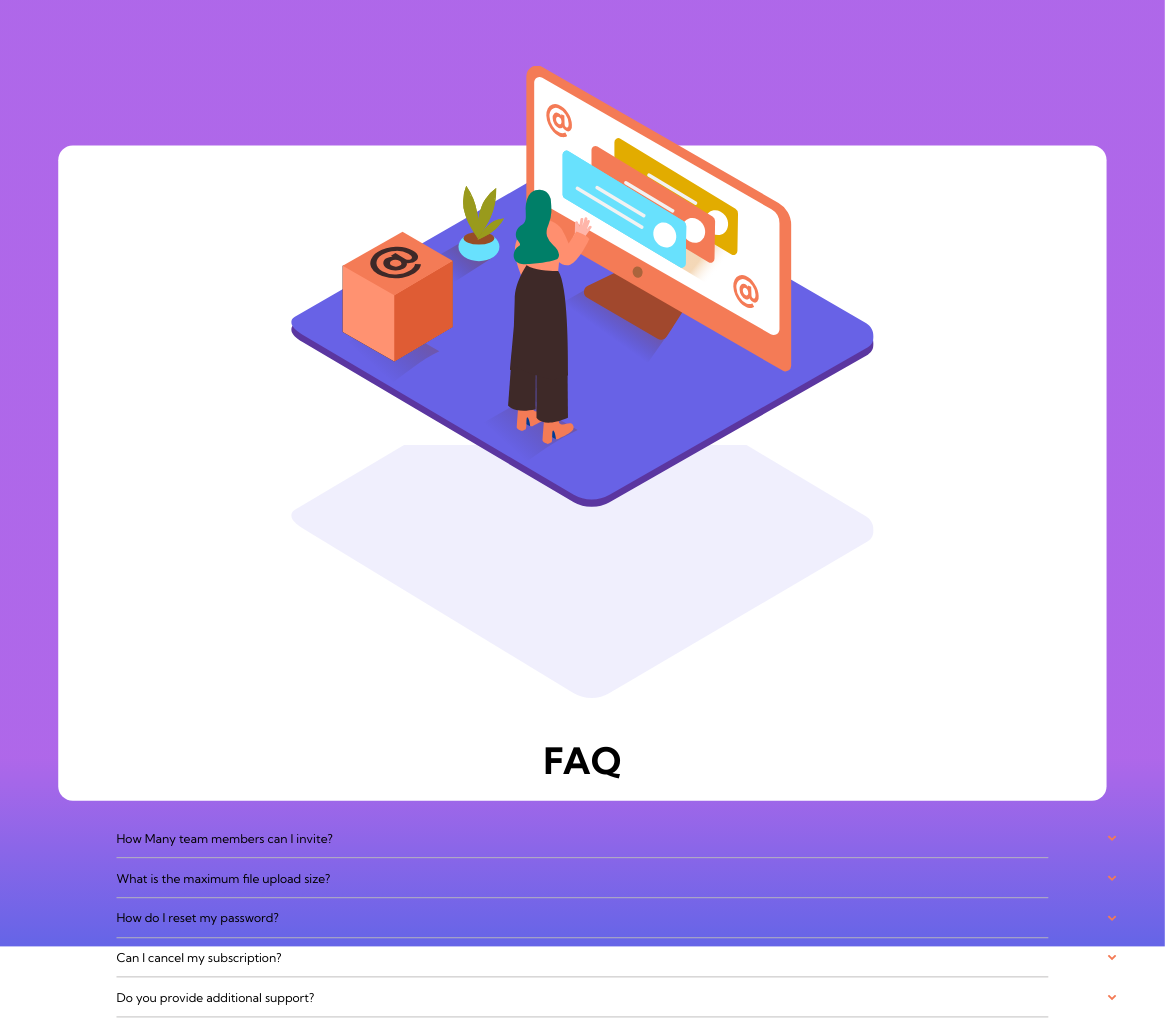
Repository: ryanwilll/ProjetoFAQ
Page: index.html
The author's editor kept a copy of each file at every save. The page is drawn from the files as they stood at one save, then again after a run of saves.
The browser window is 1280 px wide. The pictures show the whole page, at 91% of full size.

Above is the page before, as saved 2022-10-26 19:36:24.

After the next 2 saves:
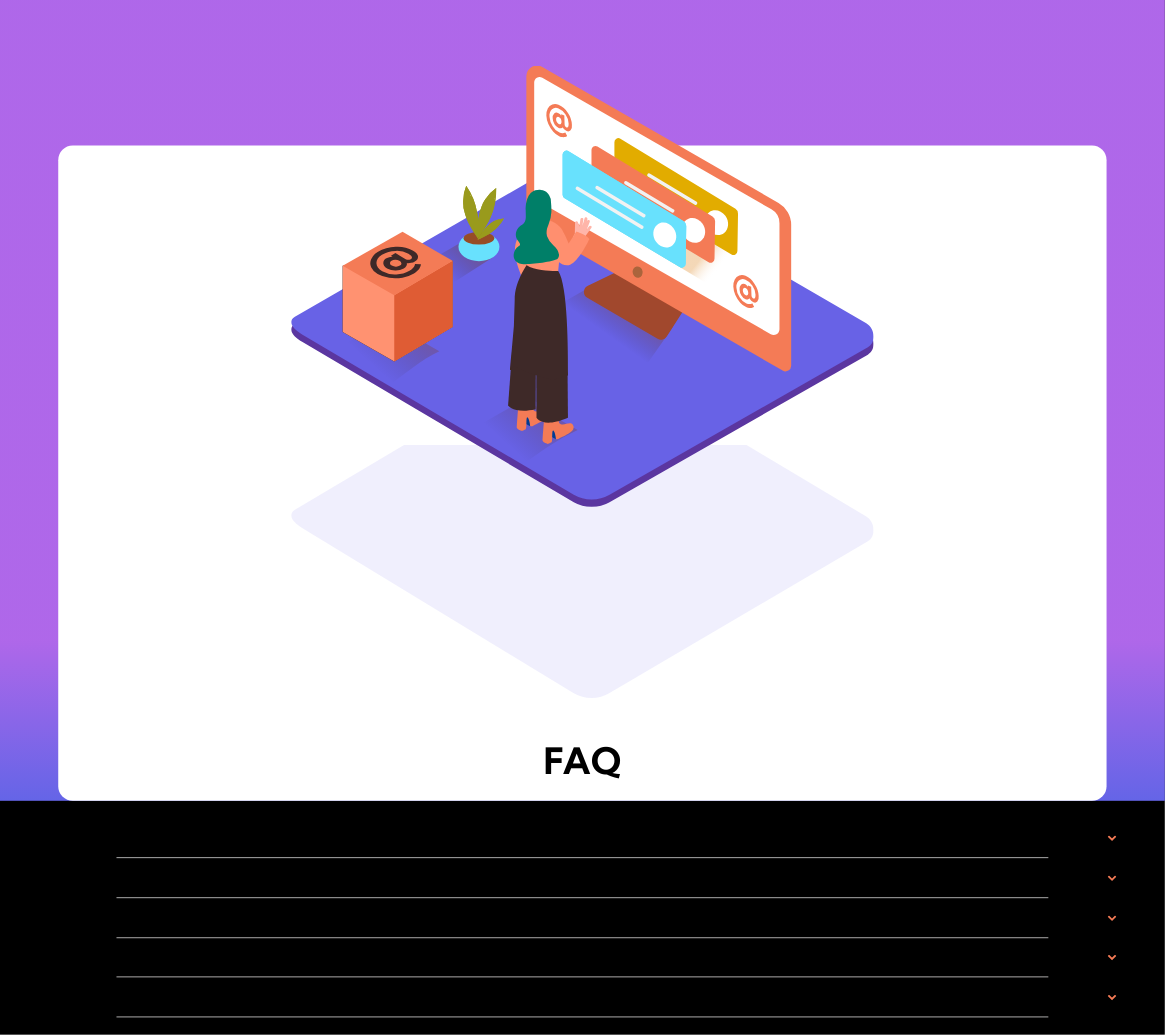
The 2 saves are shown as one change because they came seconds apart.
The last was saved 13 s later.
--- a/css/allmedia.css
+++ b/css/allmedia.css
@@ -1,11 +1,6 @@
 @media screen and (min-height: 600px) and (max-height: 768px) {
   body {
-    background: linear-gradient(hsl(273, 75%, 66%) 80%, hsl(240, 73%, 65%));
-    background: linear-gradient(hsl(273, 75%, 66%) 80%, hsl(240, 73%, 65%));
-    background-repeat: no-repeat;
-    position: relative;
-    height: 100%;
-    width: 100vw;
+    background-color: black;
   }
 }
 
